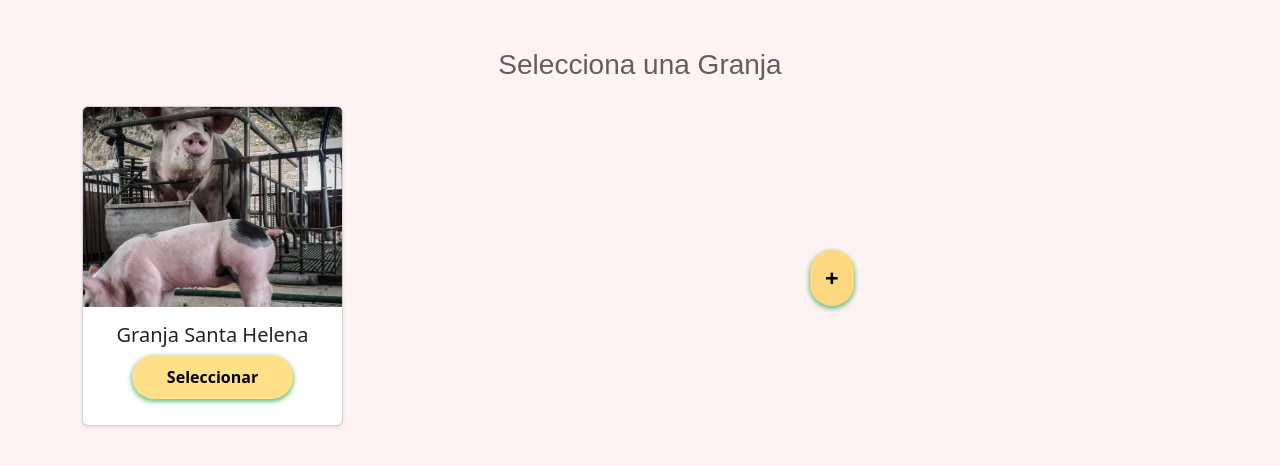
Repository: Mateojimenezz/Granja-Santa-Helena
Page: seleccionarGranja.html
The author's editor kept a copy of each file at every save. The page is drawn from the files as they stood at one save, then again after a run of saves.
The browser window is 1280 px wide. The pictures show the whole page.
Some web fonts or font styles are not loaded; a fallback is used.

Above is the page before, as saved 2025-05-13 11:05:11.

After the next 2 saves:
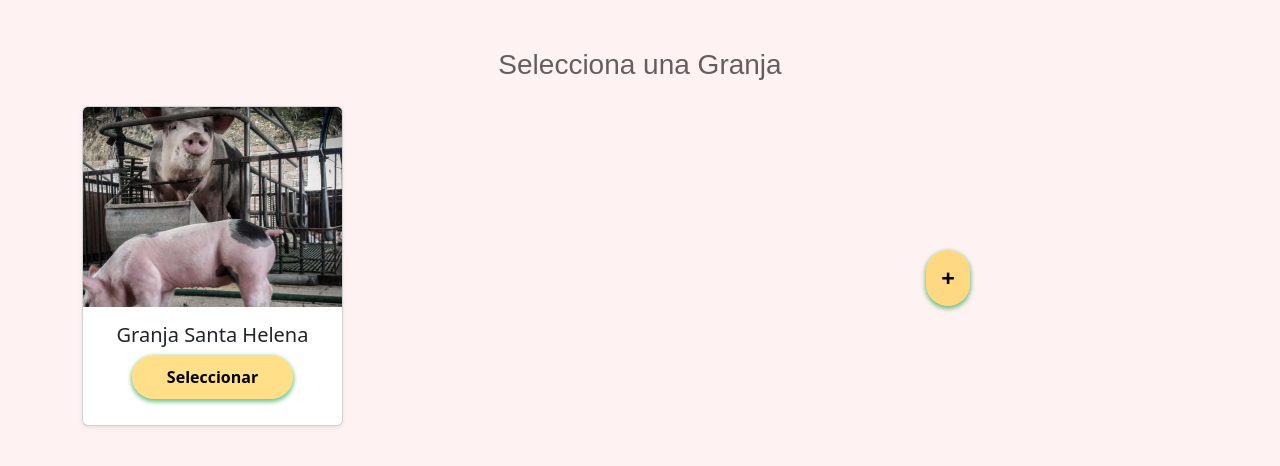
The 2 saves are shown as one change because they came seconds apart.
The last was saved 14 s later.
--- a/assets/css/seleccionarGranja.css
+++ b/assets/css/seleccionarGranja.css
@@ -66,7 +66,7 @@ body{
 #agregar-granja {
     position: absolute;
     top: 250px; /* Ajusta la distancia desde arriba */
-    left: 810px; /* Ajusta la distancia desde la derecha */
+    right: 310px; /* Ajusta la distancia desde la derecha */
     z-index: 10; /* Asegura que el botón esté por encima de otros elementos */
     padding: 10px 15px;
     font-size: 24px;
